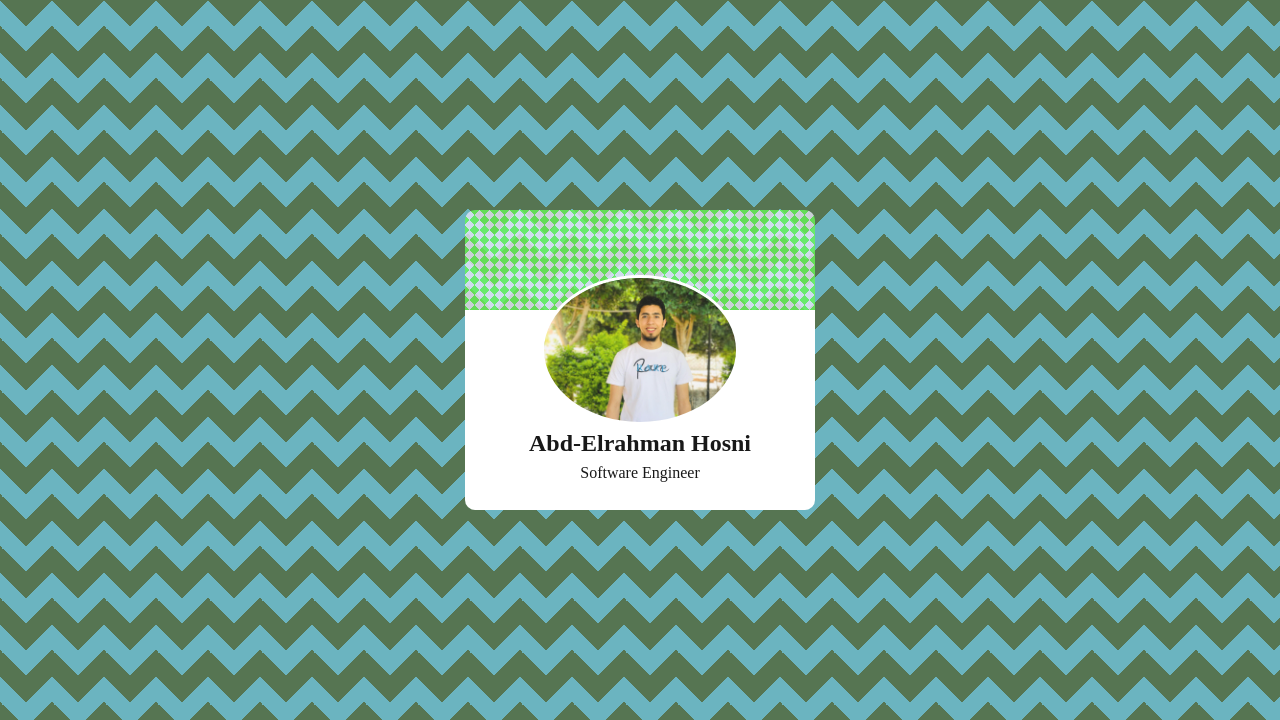
Repository: Abdo-Hosni123/Html-and-css-projects
Page: index.html
The author's editor kept a copy of each file at every save. The page is drawn from the files as they stood at one save, then again after the next save.
The browser window is 1280 px wide. The pictures show the whole page.

Above is the page before, as saved 2023-12-05 22:35:59.

After the next save:
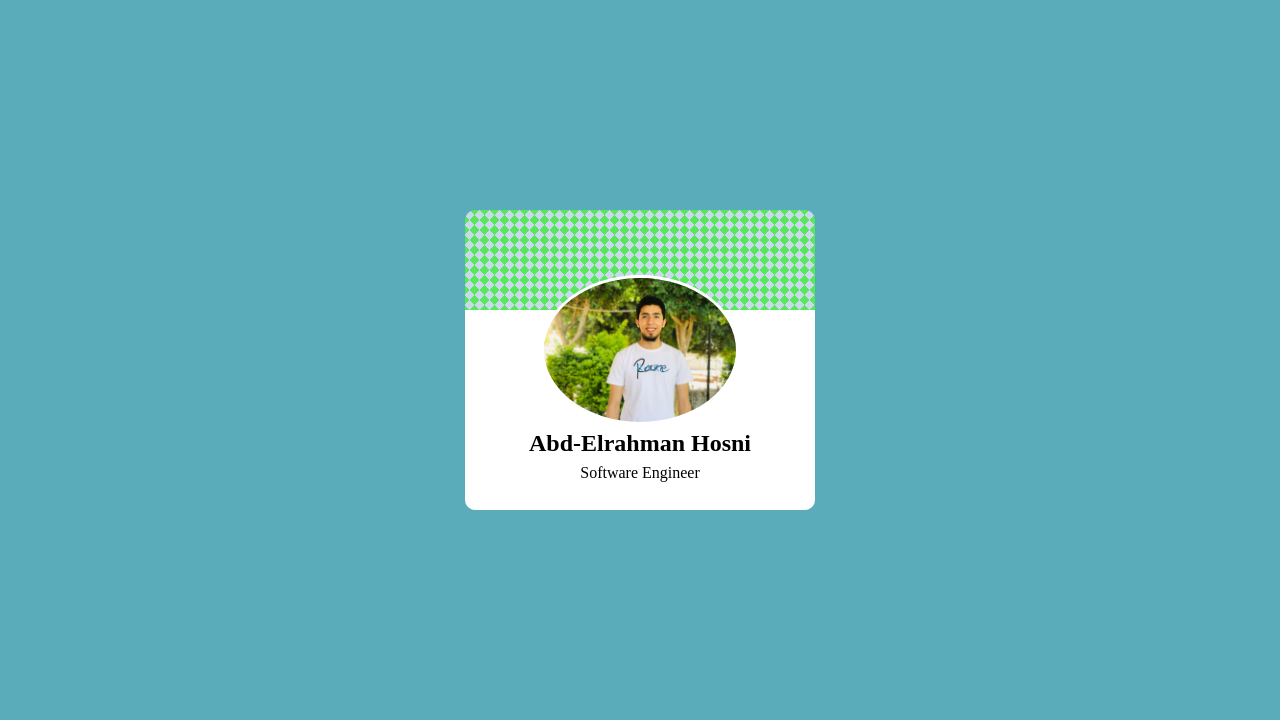
Saved 21 s later.
--- a/Style.css
+++ b/Style.css
@@ -32,11 +32,6 @@ isolation: isolate;
     justify-content: center;
     min-height: 100vh;
     background-color: #5bacba;
-    opacity: 0.9;
-    background-image:  linear-gradient(135deg, #446740 25%, transparent 25%), linear-gradient(225deg, #446740 25%, transparent 25%), linear-gradient(45deg, #446740 25%, transparent 25%), linear-gradient(315deg, #446740 25%, #5bacba 25%);
-    background-position:  26px 0, 26px 0, 0 0, 0 0;
-    background-size: 52px 52px;
-    background-repeat: repeat;
 
 }
 .card {
